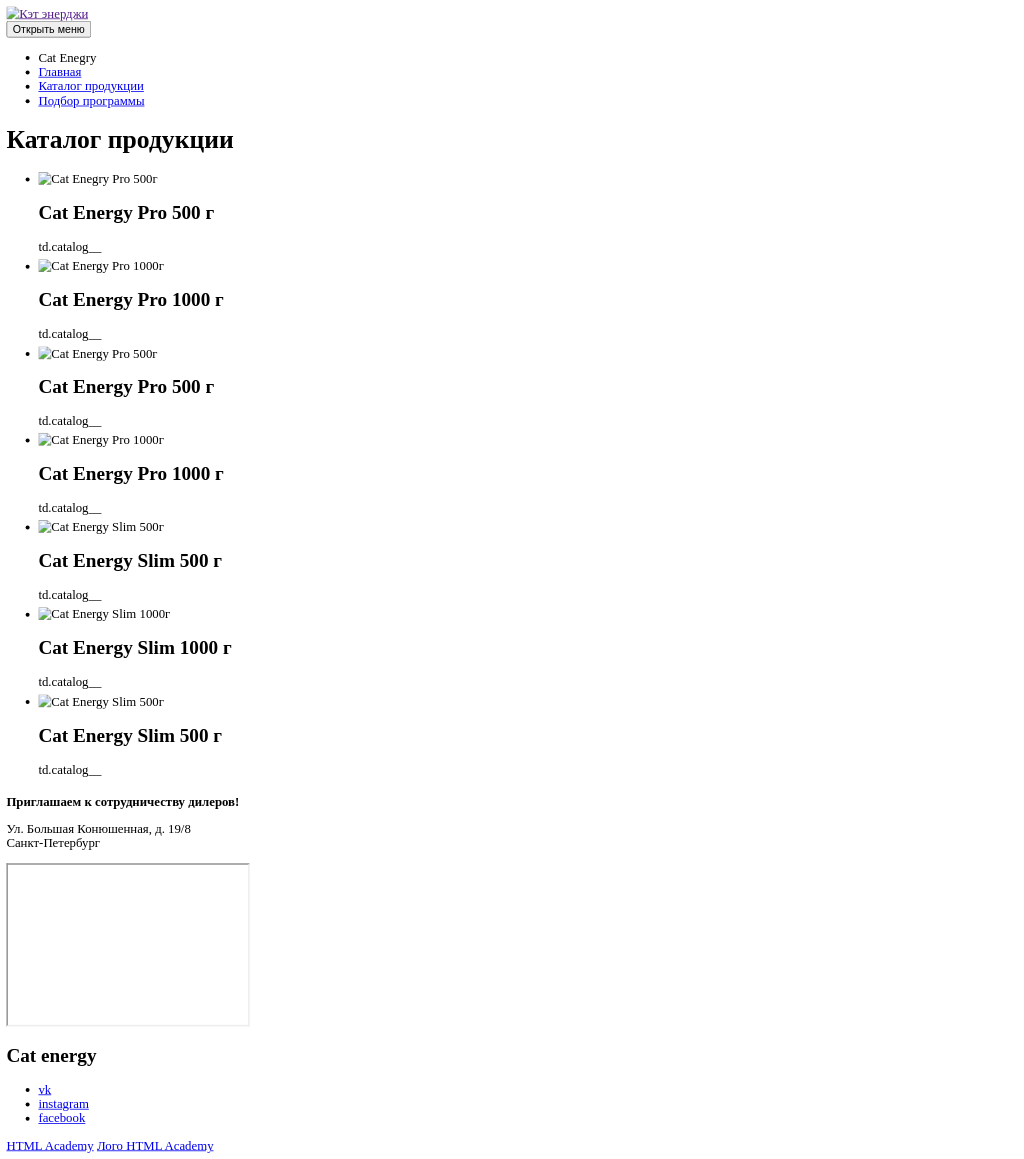
Repository: infernotw/1054987-cat-energy-17
Page: source/catalog.html
These files come from the project's save history. The page is drawn as it stood at one moment and after the next save; the edit follows.
The browser window is 1280 px wide. The pictures show the whole page, at 80% of full size.

Above is the page before, as saved 2019-07-17 05:14:05.

### source/catalog.html
<!DOCTYPE html>
<html lang="ru">

<head>
  <meta charset="utf-8">
  <title>HTML Academy: Кэт энерджи</title>
</head>

<body>

  <header class="page-header">
    <a href="" class="page-header__logo">
      <img src="#" alt="Кэт энерджи" width="" height="" class="page-header__logo-image">
    </a>
    <nav class="main-nav">
      <button class="main-nav__toggle" type="button">Открыть меню</button>
      <div class="main-nav__wrapper">
        <ul class="main-nav__list site-list">
          <li class="site-list__item">
            <a class="site-list__item site-list__item--active">Cat Enegry</a>
          </li>
          <li class="site-list__item">
            <a href="#">Главная</a>
          </li>
          <li class="site-list__item">
            <a href="catalog.html">Каталог продукции</a>
          </li>
          <li class="site-list__item">
            <a href="form.html">Подбор программы</a>
          </li>
        </ul>
      </div>
    </nav>
  </header>

  <main class="page-main">
    <h1 class="page-main__title">Каталог продукции</h1>
    <section class="catalog">
      <div class="catalog__wrapper">
        <ul class="catalog__list">
          <li class="catalog__item">
            <img src="#" alt="Cat Enegry Pro 500г" class="catalog__img">
            <h2 class="catalog__name">Cat Energy Pro 500 г</h2>
            <table class="catalog__about">
              <tr>
                <td class="catalog__volume"></td>
                <td class="catalog__taste"></td>
                td.catalog__
              </tr>
            </table>
          </li>
          <li class="catalog__item">
            <img src="#" alt="Cat Energy Pro 1000г" class="catalog__img">
            <h2 class="catalog__name">Cat Energy Pro 1000 г</h2>
            <table class="catalog__about">
              <tr>
                <td class="catalog__volume"></td>
                <td class="catalog__taste"></td>
                td.catalog__
              </tr>
            </table>
          </li>
          <li class="catalog__item">
            <img src="#" alt="Cat Energy Pro 500г" class="catalog__img">
            <h2 class="catalog__name">Cat Energy Pro 500 г</h2>
            <table class="catalog__about">
              <tr>
                <td class="catalog__volume"></td>
                <td class="catalog__taste"></td>
                td.catalog__
              </tr>
            </table>
          </li>
          <li class="catalog__item">
            <img src="#" alt="Cat Energy Pro 1000г" class="catalog__img">
            <h2 class="catalog__name">Cat Energy Pro 1000 г</h2>
            <table class="catalog__about">
              <tr>
                <td class="catalog__volume"></td>
                <td class="catalog__taste"></td>
                td.catalog__
              </tr>
            </table>
          </li>
          <li class="catalog__item">
            <img src="#" alt="Cat Energy Slim 500г" class="catalog__img">
            <h2 class="catalog__name">Cat Energy Slim 500 г</h2>
            <table class="catalog__about">
              <tr>
                <td class="catalog__volume"></td>
                <td class="catalog__taste"></td>
                td.catalog__
              </tr>
            </table>
          </li>
          <li class="catalog__item">
            <img src="#" alt="Cat Energy Slim 1000г" class="catalog__img">
            <h2 class="catalog__name">Cat Energy Slim 1000 г</h2>
            <table class="catalog__about">
              <tr>
                <td class="catalog__volume"></td>
                <td class="catalog__taste"></td>
                td.catalog__
              </tr>
            </table>
          </li>
          <li class="catalog__item">
            <img src="#" alt="Cat Energy Slim 500г" class="catalog__img">
            <h2 class="catalog__name">Cat Energy Slim 500 г</h2>
            <table class="catalog__about">
              <tr>
                <td class="catalog__volume"></td>
                <td class="catalog__taste"></td>
                td.catalog__
              </tr>
            </table>
          </li>
        </ul>

      </div>
    </section>


  </main>

  <footer class="page-footer">
    <div class="page-footer__wrapper">
      <div class="page-footer__contacts contacts">
        <b class="contacts__title">Приглашаем к сотрудничеству дилеров!</b>
        <p class="contacts__text">Ул. Большая Конюшенная, д. 19/8<br>Санкт-Петербург</p>
        <div class="contacts__map">
          <iframe src="https://yandex.ru/map-widget/v1/-/CCwfVC62" width="300" height="200"></iframe>
        </div>
      </div>
      <div class="page-footer__social social">
        <h2 class="social__title">Cat energy</h2>
        <ul class="social__list">
          <li class="social__item">
            <a href="#" class="social__link social__link--vk">vk</a>
          </li>
          <li class="social__item">
            <a href="#" class="social__link social__link--instagram">instagram</a>
          </li>
          <li class="social__item">
            <a href="#" class="social__link social__link--facebook">facebook</a>
          </li>
        </ul>
      </div>
      <div class="page-footer__copyright copyright">
        <a href="#" class="copyright__link">HTML Academy</a>
        <a href="#" class="copyright__link">Лого HTML Academy</a>
      </div>
    </div>
  </footer>

</body>

</html>

After the next save:
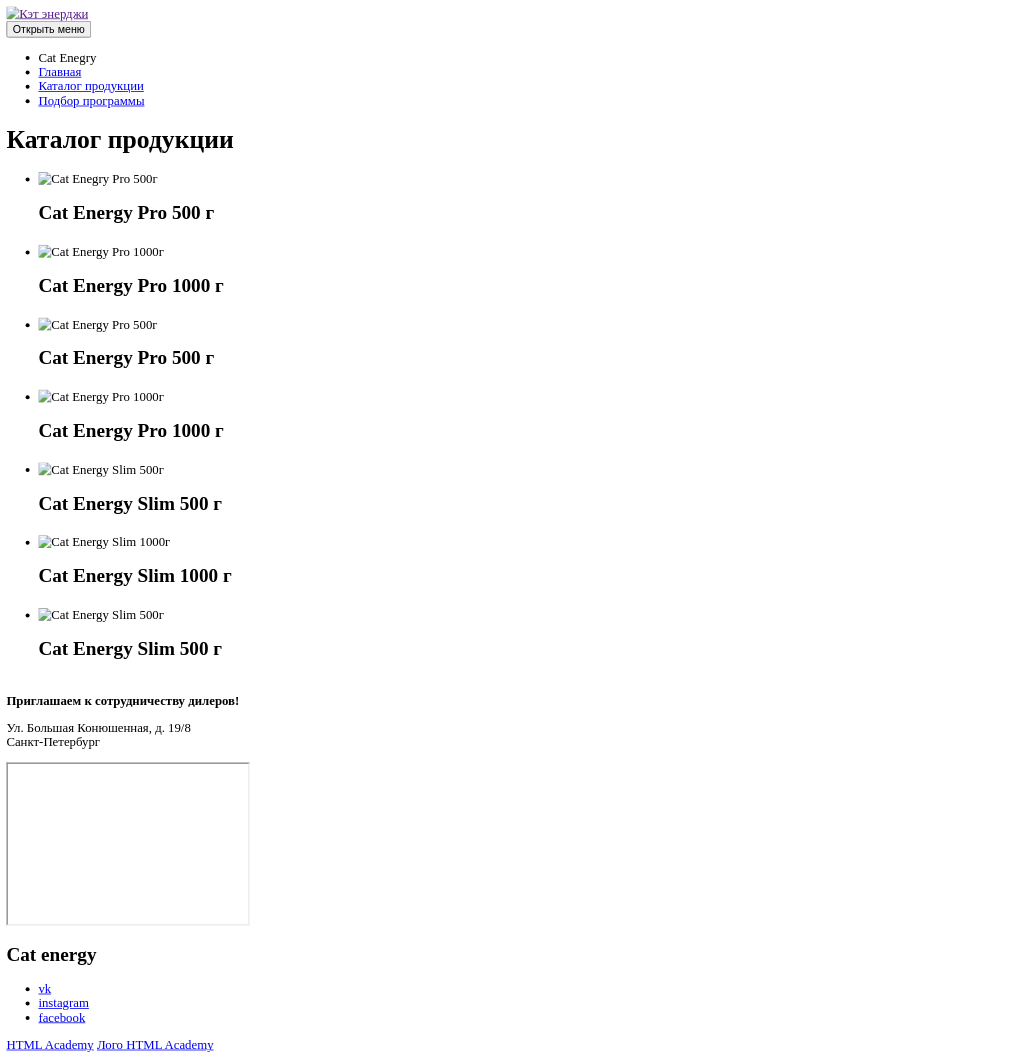
Saved 13 s later.
--- a/source/catalog.html
+++ b/source/catalog.html
@@ -45,7 +45,7 @@
               <tr>
                 <td class="catalog__volume"></td>
                 <td class="catalog__taste"></td>
-                td.catalog__
+                <td class="catalog__price"></td>
               </tr>
             </table>
           </li>
@@ -56,7 +56,7 @@
               <tr>
                 <td class="catalog__volume"></td>
                 <td class="catalog__taste"></td>
-                td.catalog__
+                <td class="catalog__price"></td>
               </tr>
             </table>
           </li>
@@ -67,7 +67,7 @@
               <tr>
                 <td class="catalog__volume"></td>
                 <td class="catalog__taste"></td>
-                td.catalog__
+                <td class="catalog__price"></td>
               </tr>
             </table>
           </li>
@@ -78,7 +78,7 @@
               <tr>
                 <td class="catalog__volume"></td>
                 <td class="catalog__taste"></td>
-                td.catalog__
+                <td class="catalog__price"></td>
               </tr>
             </table>
           </li>
@@ -89,7 +89,7 @@
               <tr>
                 <td class="catalog__volume"></td>
                 <td class="catalog__taste"></td>
-                td.catalog__
+                <td class="catalog__price"></td>
               </tr>
             </table>
           </li>
@@ -100,7 +100,7 @@
               <tr>
                 <td class="catalog__volume"></td>
                 <td class="catalog__taste"></td>
-                td.catalog__
+                <td class="catalog__price"></td>
               </tr>
             </table>
           </li>
@@ -111,7 +111,7 @@
               <tr>
                 <td class="catalog__volume"></td>
                 <td class="catalog__taste"></td>
-                td.catalog__
+                <td class="catalog__price"></td>
               </tr>
             </table>
           </li>
